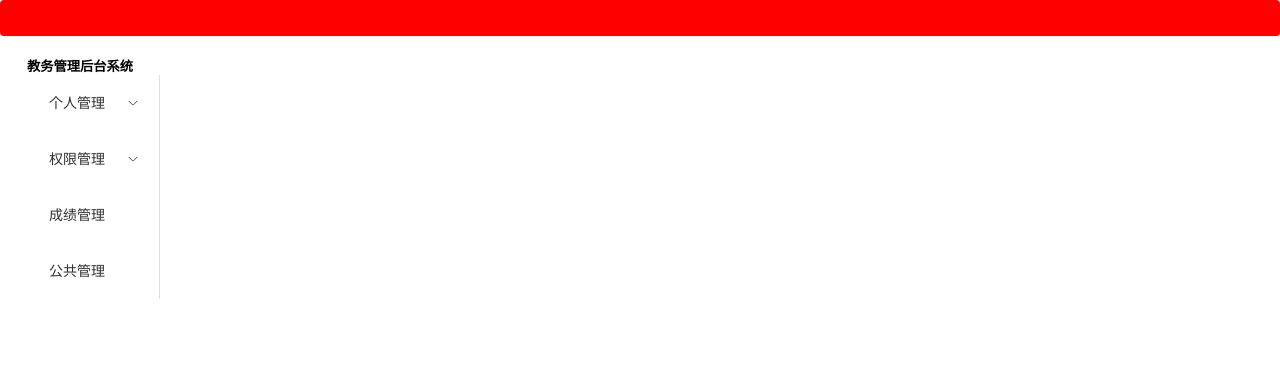
Repository: songlin-q/EducationalAdministrationSysTem
Page: /Reedit (app in EducationalAdministrationSystemUI/educationsystem/)
These files come from the project's save history. The page is drawn as it stood at one moment and after the next save; the edit follows.
The browser window is 1280 px wide. The pictures show the whole page.
The project was rebuilt for these pictures with package versions that can differ from the ones it lists, and the page was loaded fresh each time. Also part of the build but not shown: EducationalAdministrationSystemUI/educationsystem/vue.config.js, EducationalAdministrationSystemUI/educationsystem/src/components/HelloWorld.vue, EducationalAdministrationSystemUI/educationsystem/src/components/Identity/IdentityCode.vue, EducationalAdministrationSystemUI/educationsystem/src/components/Identity/IdentityCode2.vue, EducationalAdministrationSystemUI/educationsystem/src/components/MainOne.vue.

Above is the page before, as saved 2022-05-24 11:49:45.

### EducationalAdministrationSystemUI/educationsystem/src/main.js

import { createApp } from 'vue'
import ElementPlus from 'element-plus'
import 'element-plus/dist/index.css'

import App from './App.vue'
import './assets/css/global.css'//引入全局样式表
import Router from './router/index'

// axios.defaults.baseURL="http://localhost:5072/";//基本路径

var app=createApp(App);
// app.config.globalProperties.$http=axios
app.use(ElementPlus);
app.use(Router);

app.mount('#app')

### EducationalAdministrationSystemUI/educationsystem/src/App.vue
<template>
  <router-view></router-view>
</template>

<script>
export default {
  name: "App",
};
</script>

<style>
#app {
  font-family: Avenir, Helvetica, Arial, sans-serif;
  -webkit-font-smoothing: antialiased;
  -moz-osx-font-smoothing: grayscale;
  text-align: center;
  color: #2c3e50;
  margin-top: 60px;
}
</style>

### EducationalAdministrationSystemUI/educationsystem/src/assets/css/global.css
/* 全局样式表 */
html,
body,
#app {
    height: 100%;
    margin: 0;
    padding: 0;
    color: black;
}

### EducationalAdministrationSystemUI/educationsystem/src/router/index.js
import { createWebHistory, createRouter,RootRecordRaw } from 'vue-router'//导入路由
import HelloWorld from '../components/HelloWorld.vue'
import MainInfo from '../components/MainInfo.vue'
import LoginInfo from '../components/LoginInfo.vue'
import MainOne from '../components/MainOne.vue'
//定义路由
const routes = [{
    path: '/',//组件一，path和component可以乱写，
                       //只要保持path与前面to，component和import两处相同即可
    component: LoginInfo,
    name:LoginInfo


},
{
    path: '/Reedit',//组件一，path和component可以乱写，
                       //只要保持path与前面to，component和import两处相同即可
    component: MainInfo,
    name:MainInfo,

},
{
    path: '/HelloWorld',//组件一，path和component可以乱写，
                       //只要保持path与前面to，component和import两处相同即可
    component: HelloWorld,
    name:HelloWorld,

},
{
    path: '/MainOne',//组件一，path和component可以乱写，
                       //只要保持path与前面to，component和import两处相同即可
    component: MainOne,
    name:MainOne,

},
{
    path: '/MainInfo',//组件一，path和component可以乱写，
                       //只要保持path与前面to，component和import两处相同即可
    component: MainInfo,
    name:MainInfo,

}
]
const router = createRouter({
    history: createWebHistory(),
    routes
  })

  export default router

### EducationalAdministrationSystemUI/educationsystem/src/components/MainInfo.vue
<template>
  <el-row>
    <el-col :span="24"
      ><div class="grid-content bg-purple-dark" style="background-color: red"
    /></el-col>
  </el-row>
  <el-row class="tac">
    <el-col :span="3">
      <h5 class="mb-2">教务管理后台系统</h5>
      <el-menu
        default-active="2"
        class="el-menu-vertical-demo"
        @open="handleOpen"
        @close="handleClose"
      >
        <el-sub-menu index="1">
          <template #title>
            <el-icon><location /></el-icon>
            <span>个人管理</span>
          </template>
        </el-sub-menu>
        <el-sub-menu index="2">
          <template #title>
            <el-icon><icon-menu /></el-icon>
            <span>权限管理</span>
          </template>
          <el-menu-item index="1-1">角色管理</el-menu-item>
          <el-menu-item index="1-2">用户管理</el-menu-item>
        </el-sub-menu>
        <el-menu-item index="3">
          <el-icon><document /></el-icon>
          <span>成绩管理</span>
        </el-menu-item>
        <el-menu-item index="4">
          <el-icon><setting /></el-icon>
          <span>公共管理</span>
        </el-menu-item>
      </el-menu>
    </el-col>
  </el-row>
</template>
<script>
import {
  Document,
  Menu as IconMenu,
  Location,
  Setting,
} from "@element-plus/icons-vue";
import { GetJwtStr } from "../api/api";
export default {
  data() {
    return {
      values: "",
    };
  },
  methods: {
    requestHttp() {
      GetJwtStr().then((res) => {
        alert(res.data);
      });
    },
  },
};
</script>
<style scoped>
* {
  margin: 0;
  padding: 0;
}
</style>

### EducationalAdministrationSystemUI/educationsystem/src/components/LoginInfo.vue
<template>
  <div style="width: 100%; height: 100%" id="bcdiv">
    <el-row
      class="row-bg"
      justify="space-evenly"
      align="middle"
      style="height: 100%"
    >
      <el-col :span="8"
        ><div class="grid-content bg-purple">
          <el-row style="width: 100%" justify="space-evenly">
            <h1>教务管理后台系统</h1>
          </el-row>
          <!-- 头像显示 -->
          <el-row>
            <el-col justify="space-evenly" style="width: 100%">
              <div class="demo-basic--circle">
                <div class="block">
                  <el-avatar :size="200" :src="circleUrl" />
                </div>
              </div>
            </el-col>
          </el-row>
          <!-- 用户名、密码输入框 -->
          <el-row style="width: 100%" justify="space-evenly">
            <el-form>
              <el-form-item label="用户名" class="colors">
                <el-input v-model="longname" placeholder="Please input" />
              </el-form-item>
              <el-form-item label="密&nbsp;&nbsp;&nbsp;&nbsp;码" class="colors">
                <el-input
                  v-model="password"
                  placeholder="Please input"
                  show-password
                />
              </el-form-item>
              <el-form-item label="验证码" class="colors">
                <el-input v-model="code" placeholder="请输入验证码" />
                <span @click.stop="refreshCode" style="cursor: pointer">
                  <s-identify :identifyCode="identifyCode"></s-identify>
                </span>
              </el-form-item>
              <!-- 按钮 -->
              <el-form-item>
                <el-button type="primary" @click="login">登录</el-button>

                <el-button @click="cancel">取消</el-button>
              </el-form-item>
              <el-form-item>
                如果你还没有账号请先<a href="#" @click="dialogVisible = true"
                  >注册</a
                >
              </el-form-item>
            </el-form>
          </el-row>

          <!-- <router-link to="/Reedit">首页</router-link>
          <router-view></router-view> -->
        </div></el-col
      >
    </el-row>
    <el-dialog
      v-model="dialogVisible"
      title="注册"
      width="30%"
      :before-close="handleClose"
    >
      <span>
        <el-form :model="userInfo">
          <el-form-item label="用户名" class="colors">
            <el-input v-model="userInfo.username" placeholder="Please input" />
          </el-form-item>
          <el-form-item label="密&nbsp;&nbsp;&nbsp;&nbsp;码" class="colors">
            <el-input
              v-model="userInfo.userPassword"
              placeholder="Please input"
              show-password
            />
          </el-form-item>
          <el-form-item label="邮&nbsp;&nbsp;&nbsp;&nbsp;箱" class="colors">
            <el-input v-model="userInfo.userEmail" placeholder="Please input" />
          </el-form-item>
          <el-form-item label="手机号" class="colors">
            <el-input v-model="userInfo.userTel" placeholder="Please input" />
          </el-form-item>
          <el-form-item label="验证码" class="colors">
            <el-input v-model="userInfo.userCode" placeholder="请输入验证码" />
            <span @click.stop="refreshCode2" style="cursor: pointer">
              <SIdentify2 :identifyCode="regeditidentifyCode"></SIdentify2>
            </span>
          </el-form-item>
        </el-form>
      </span>
      <template #footer>
        <span class="dialog-footer">
          <el-button @click="dialogVisible = false">取消</el-button>
          <el-button type="primary" @click="regeditsFun">注册</el-button>
        </span>
      </template>
    </el-dialog>
  </div>
</template>
<script>
import logoUrl from "../assets/Head.jpg";
import { ref } from "vue";

//这里验证码的组件使用的最笨的方法，后续优化的话可以只使用一个组件，将ID传入到父组件中就可以了
import SIdentify from "../components/Identity/IdentityCode.vue";
import SIdentify2 from "../components/Identity/IdentityCode2.vue";

export default {
  data() {
    return {
      longname: "张三",
      password: "123456",
      email: "442534979@qq.com",
      code: "",
      regeditcode: "",
      circleUrl: logoUrl,
      phone: "15356479454",
      dialogVisible: ref(false), //弹出层的使用
      // 图片验证码
      identifyCode: "8Hy0", //默认值
      regeditidentifyCode: "u8y7", //注册验证码
      // 验证码规则
      identifyCodes: "3456789ABCDEFGHGKMNPQRSTUVWXY",
      //创建一个用户类
      userInfo: {
        username: "李四",
        userTel: "18737890098",
        userEmail: "18737890098@q63.com",
        userCode: "",
        userPassword: "lisi",
      },
    };
  },
  components: {
    SIdentify,
    SIdentify2,
  },
  methods: {
    //登录方法
    login() {
      if (this.identifyCode.toLowerCase() == this.code.toLowerCase()) {
        //使用路由进行页面跳转
        this.$router.push({
          path: "/MainInfo",
        });
      } else {
        alert("你输入的验证码不正确!");
      }
    },
    //取消方法
    cancel() {
      alert("你已经取消登录!");
    },
    // 切换验证码
    refreshCode() {
      this.identifyCode = "";

      this.makeCode(this.identifyCodes, 4);
    },
    refreshCode2() {
      this.regeditidentifyCode = "";

      this.makeCode2(this.identifyCodes, 4);
    },
    // 生成随机验证码
    makeCode(o, l) {
      for (let i = 0; i < l; i++) {
        this.identifyCode +=
          this.identifyCodes[
            Math.floor(Math.random() * (this.identifyCodes.length - 0) + 0)
          ];
      }
    },
    makeCode2(o, l) {
      for (let i = 0; i < l; i++) {
        this.regeditidentifyCode +=
          this.identifyCodes[
            Math.floor(Math.random() * (this.identifyCodes.length - 0) + 0)
          ];
      }
    },

    //注册方法
    regeditsFun() {
      alert("你已经在注册了");
      this.dialogVisible = false;
    },
  },
};
</script>
<style>
#bcdiv {
  /* background-image: url(../assets/background.jpeg); */
  width: 100%;
  height: 100%;
  position: fixed;
  background-size: 100% 100%;
}
#LoginMainDiv {
  width: 30%;
  height: 50%;
  background-color: aqua;
}
.colors .el-form-item__label {
  color: black;
}
.demo-basic {
  text-align: center;
}
.el-row {
  margin-bottom: 1.25rem;
}
.el-row:last-child {
  margin-bottom: 0;
}
.el-col {
  border-radius: 0.25rem;
  /* background-color: antiquewhite; */
}

.bg-purple {
  height: 34.375rem;
}
.grid-content {
  border-radius: 0.25rem;
  min-height: 2.25rem;
}
</style>

### EducationalAdministrationSystemUI/educationsystem/src/api/api.js

import {doPost,doGet} from './commonRequest'

export function GetJwtStr(query) {
    return doPost('/api/Login/GetTokenInfo', query)
}

### EducationalAdministrationSystemUI/educationsystem/src/api/commonRequest.js
//公共模板方法
import request from '../utils/request'

export function doPost(url, data) {
    return request({
      url: url,
      method: 'post',
      data
    })
  }
  export function doGet(url, params) {
    return request({
      url: url,
      method: 'get',
      params
    })
  }
  // 导出Excel公用方法
export function exportMethod(url, data, filename) {
    return request({
        method: 'post',
        url: url,
        data,
        responseType: 'blob'
    }).then((res) => {
      console.log('文件开始处理')
      console.log(res)

        const link = document.createElement('a')
        const blob = new Blob([res], { type: 'application/vnd.openxmlformats-officedocument.spreadsheetml.sheet' })// { type: 'application/vnd.ms-excel' })
        link.style.display = 'none'
        link.href = URL.createObjectURL(blob)

        // link.download = res.headers['content-disposition'] //下载后文件名
        link.download = filename // 下载的文件名
        document.body.appendChild(link)
        link.click()
        document.body.removeChild(link)
    }).catch(error => {
        this.$Notice.error({
            title: '错误',
            desc: '网络连接错误'
        })
        console.log(error)
    })
  }

### EducationalAdministrationSystemUI/educationsystem/src/utils/request.js
import axios from 'axios'


// 配置访问后台接口地址
const service = axios.create({
    baseURL: "http://localhost:5072/",
    // withCredentials: true, // send cookies when cross-domain requests
    timeout: 60000 // request timeout
})

// request interceptor
export default service

Loaded but not shown: EducationalAdministrationSystemUI/educationsystem/public/index.html (common file)

After the next save:
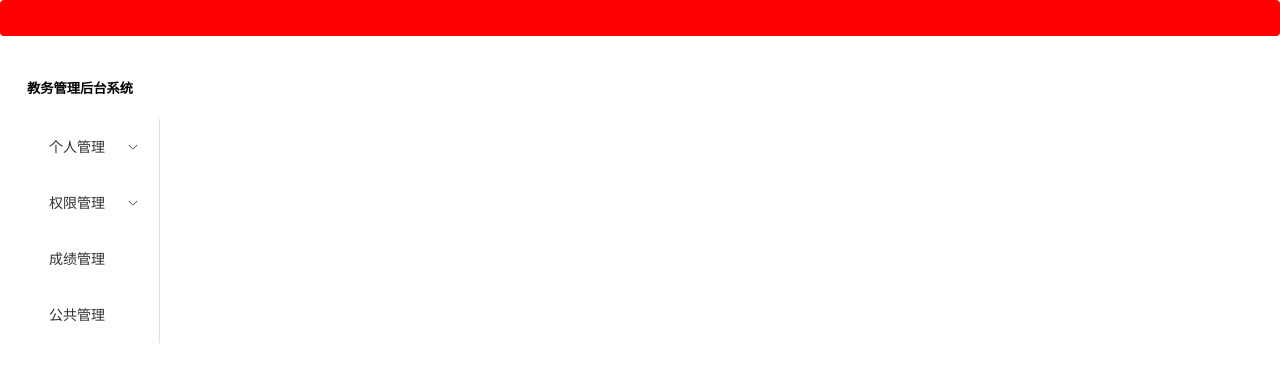
Saved 6 s later.
--- a/EducationalAdministrationSystemUI/educationsystem/src/components/MainInfo.vue
+++ b/EducationalAdministrationSystemUI/educationsystem/src/components/MainInfo.vue
@@ -63,8 +63,8 @@
 };
 </script>
 <style scoped>
-* {
+/* * {
   margin: 0;
   padding: 0;
-}
+} */
 </style>

After the save that followed:
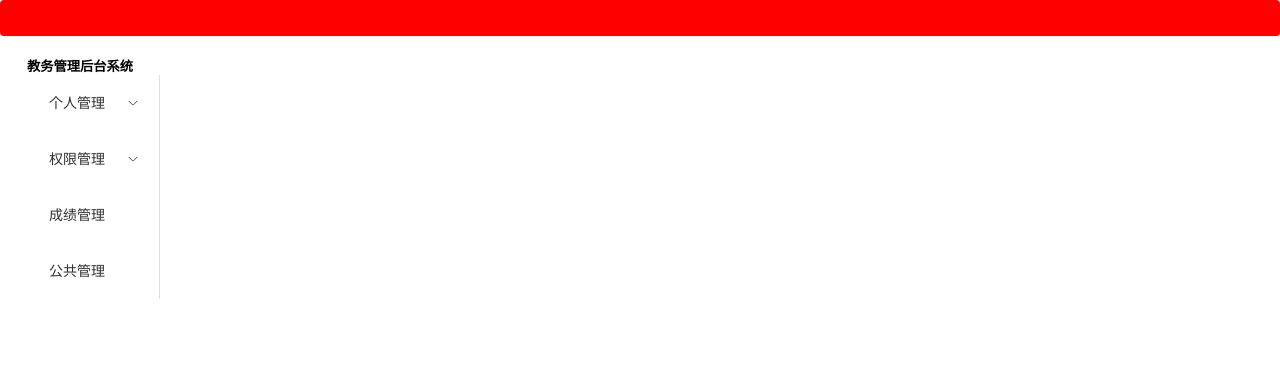
Saved 5 s later.
--- a/EducationalAdministrationSystemUI/educationsystem/src/components/MainInfo.vue
+++ b/EducationalAdministrationSystemUI/educationsystem/src/components/MainInfo.vue
@@ -63,8 +63,8 @@
 };
 </script>
 <style scoped>
-/* * {
+* {
   margin: 0;
   padding: 0;
-} */
+}
 </style>
